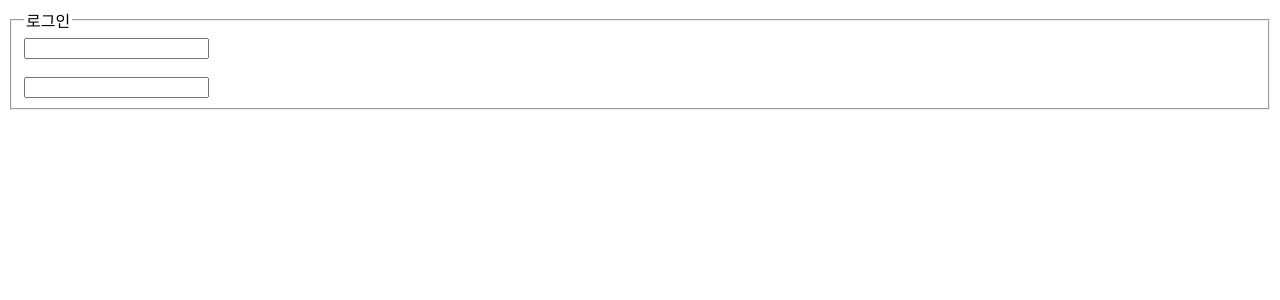
Repository: okgunyang/jsp
Page: http://localhost/practice01/login.jsp
These files come from the project's save history. The page is drawn as it stood at one moment and after the next save; the edit follows.
The browser window is 1280 px wide. The pictures show the whole page.
The page is served by Tomcat 9.

Above is the page before, as saved 2022-10-14 04:50:21.

After the next save:
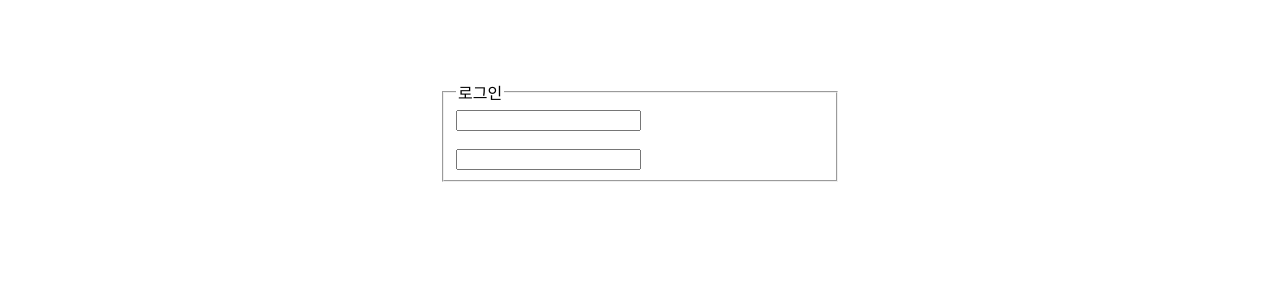
Saved 39 s later.
--- a/practice01/WebContent/login.jsp
+++ b/practice01/WebContent/login.jsp
@@ -6,11 +6,11 @@
 <meta charset="UTF-8">
 <title>로그인</title>
 <style>
-
+#loginForm { width:400px; margin:80px auto; }
 </style>
 </head>
 <body>
-	<form action="loginPro.jsp" method="post">
+	<form action="loginPro.jsp" method="post" id="loginForm">
 		<fieldset>
 			<legend>로그인</legend>
 			<input type="text" name="id" id="id" class="input_data"><br><br>
